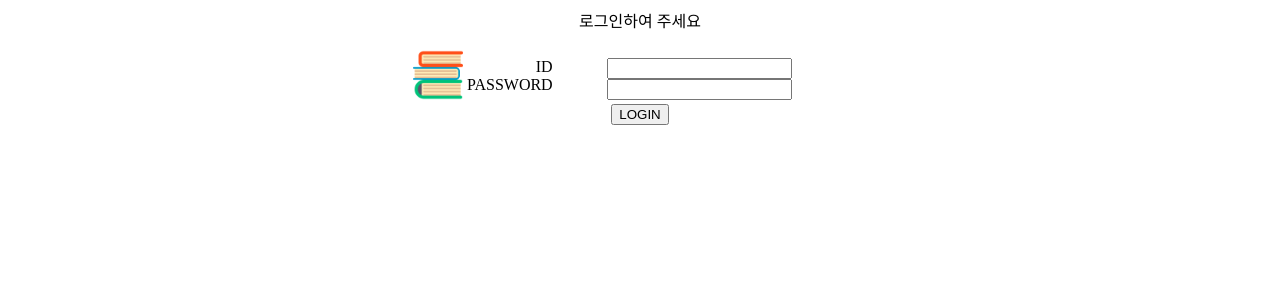
Repository: Minnaldo/Dev
Page: BackEnd/Eworkspace/ws_0911/WebContent/Login.html
The author's editor kept a copy of each file at every save. The page is drawn from the files as they stood at one save, then again after the next save.
The browser window is 1280 px wide. The pictures show the whole page.

Above is the page before, as saved 2019-09-13 05:22:02.

### BackEnd/Eworkspace/ws_0911/WebContent/Login.html
<!DOCTYPE html>
<html>

<head>
<meta charset="UTF-8">
<title>Document</title>
<script src="https://code.jquery.com/jquery-3.4.1.js"></script>
<script>
	var login=function() {
		if ($('#input_id').val() == 'ssafy') {
			console.log($('#input_id').val());
			if ($('#input_pw').val() == '1111') {
				// load result.html
				console.log($('#input_pw').val());
				window.location.replace('./Result.html');
				alert('로그인 성공!');
			} else {
				alert('입력한 값을 다시 한번 확인해주세요');
			}
		} else {
			alert('입력한 값을 다시 한번 확인해주세요');
		}
	}
	$(function() {
		$('.login_btn').on('click', login);

		$('.login_btn').keydown(function(event){
			/* 엔터키 이벤트 */
			if(event.keyCode==13){
				login();
				alert('key enter press');
			}
		});
	});
</script>
</head>

<body>
	<div>
		<div style="text-align: center;">
			<div >로그인하여 주세요</div>
			<br>
			<img src="./images/books.png" alt="books" style="width: 50px;">
			<div style="display: inline-block; width: 400px; ">
			<div style='float: left; text-align : right;  margin-right: 50px;'>
				<td>
				<div>ID&nbsp; </div>
				</td>
				<td>
				<div style="text-align : right; ">PASSWORD&nbsp; </div>
				</td>
			</div>
			<div style='float: left; '>
				<td>
				<div style="text-align : left;"><input type="text" id="input_id" required></div>
				</td>
				<td>
				<div style="text-align : left;"><input type="password" id="input_pw" required></div>
				</td>
			</div>
			</div>
			<div style="clear: both;">
				<button class="login_btn" style="clear:both;">LOGIN</button>
			</div>
		</div>
	</div>
</body>

</html>

After the next save:
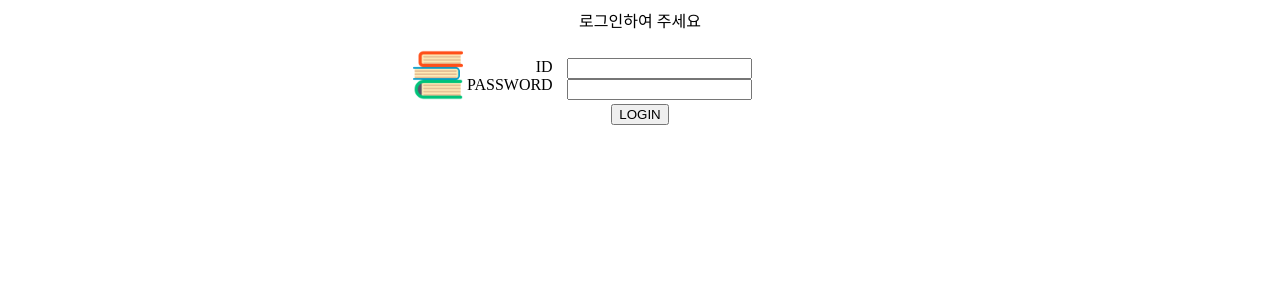
Saved 12 s later.
--- a/BackEnd/Eworkspace/ws_0911/WebContent/Login.html
+++ b/BackEnd/Eworkspace/ws_0911/WebContent/Login.html
@@ -42,7 +42,7 @@
 			<br>
 			<img src="./images/books.png" alt="books" style="width: 50px;">
 			<div style="display: inline-block; width: 400px; ">
-			<div style='float: left; text-align : right;  margin-right: 50px;'>
+			<div style='float: left; text-align : right;  margin-right: 10px;'>
 				<td>
 				<div>ID&nbsp; </div>
 				</td>
